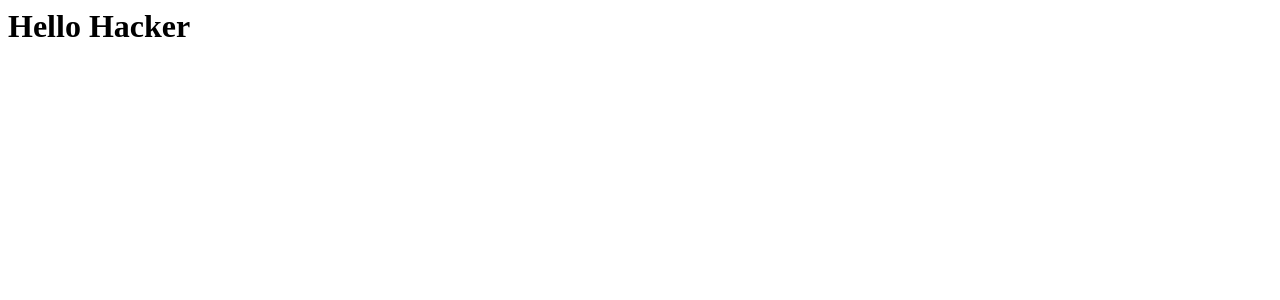
Repository: chenhongye11/DiDongBaBong
Page: didongbabong/src/main/webapp/public/index.html
The author's editor kept a copy of each file at every save. The page is drawn from the files as they stood at one save, then again after the next save.
The browser window is 1280 px wide. The pictures show the whole page.

Above is the page before, as saved 2021-01-30 01:33:56.

After the next save:
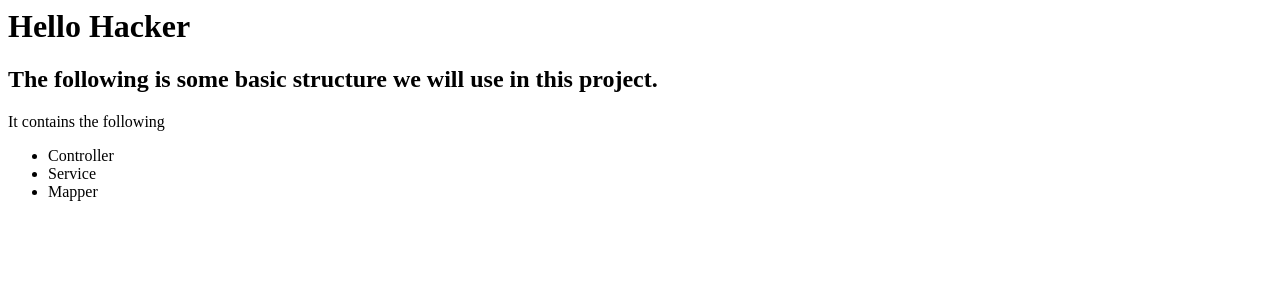
Saved 6 min 8 s later.
--- a/didongbabong/src/main/webapp/public/index.html
+++ b/didongbabong/src/main/webapp/public/index.html
@@ -1,3 +1,10 @@
 <html>
 <h1>Hello Hacker</h1>
+<h2>The following is some basic structure we will use in this project.</h2>
+<p>It contains the following</p>
+<ul>
+<li>Controller</li>
+<li>Service</li>
+<li>Mapper</li>
+</ul>
 </html>
